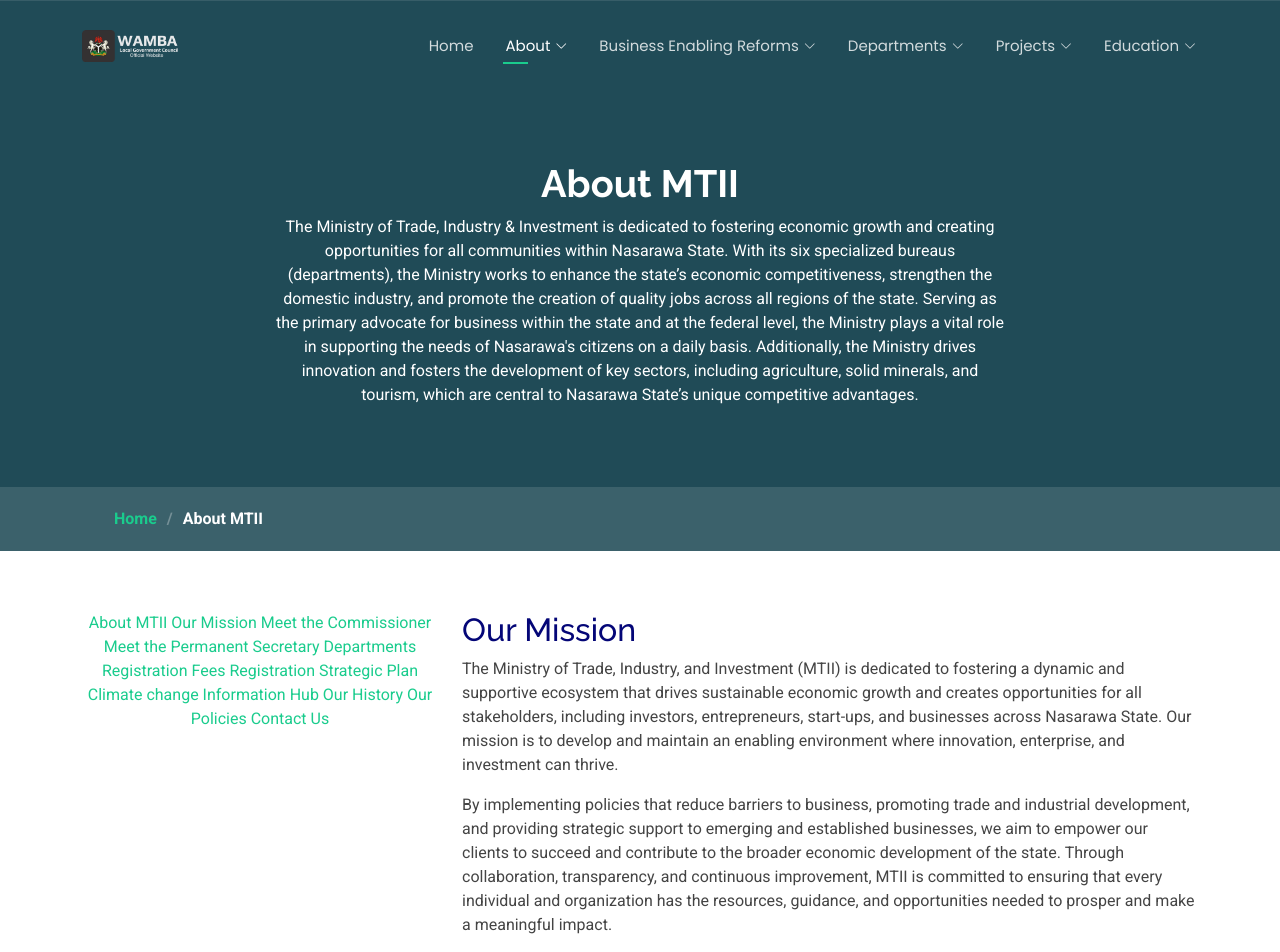
Repository: GlorifiedIntel/wamba-lgc
Page: about-wamba.html
These files come from the project's save history. The page is drawn as it stood at one moment and after the next save; the edit follows.
The browser window is 1280 px wide. The pictures show the part of the page from y = 0 to 952 px (the page is 3347 px tall before and 3323 px after).
A picture or video elsewhere on the page could not be fetched, so the positions and the page height are approximate.

Above is the page before, as saved 2025-02-06 01:33:25.
Console error: TypeError: Cannot read properties of null (reading 'click')

After the next save:
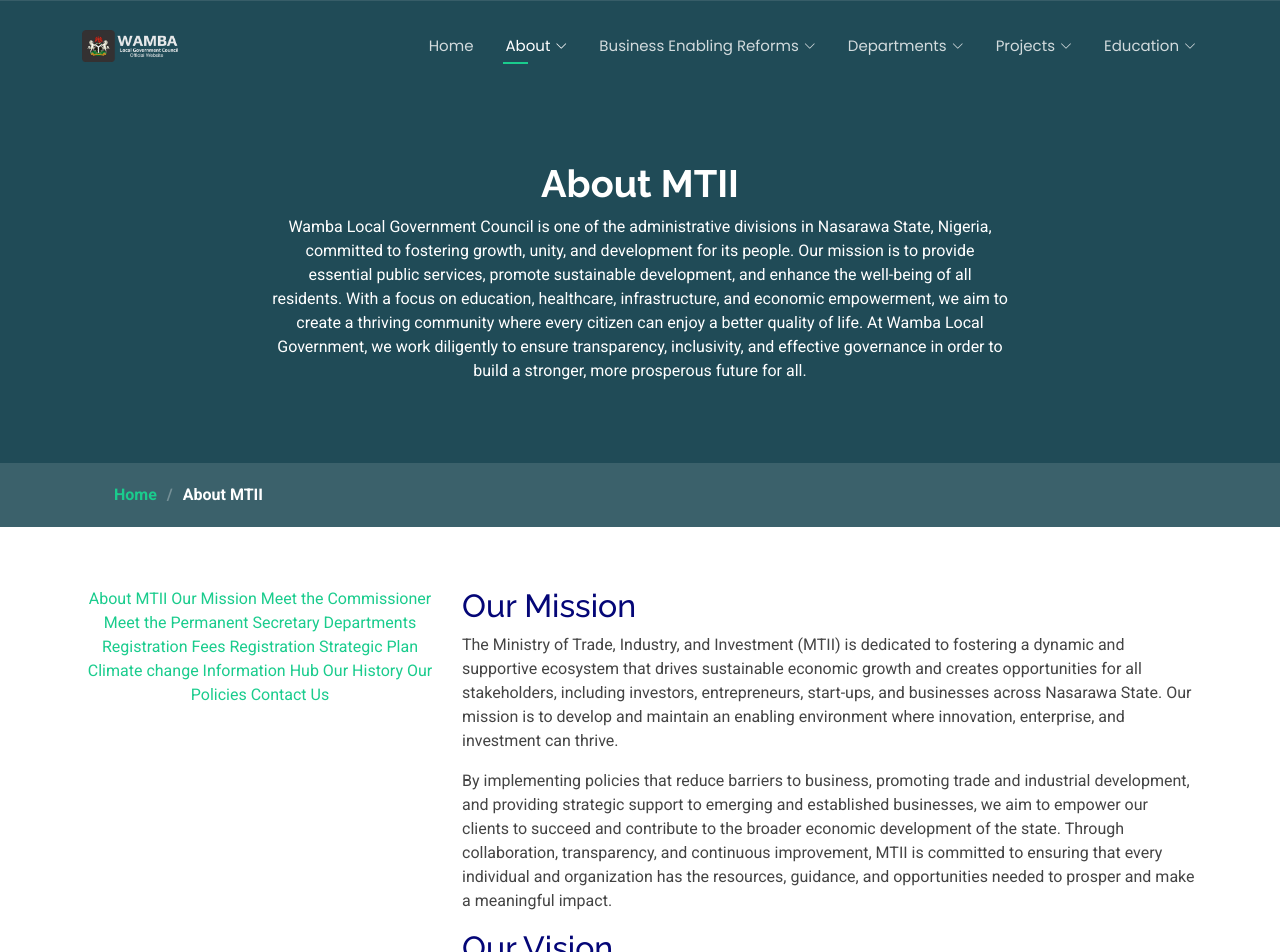
Saved 62 s later.
--- a/about-wamba.html
+++ b/about-wamba.html
@@ -108,7 +108,7 @@
           <div class="row d-flex justify-content-center text-center">
             <div class="col-lg-8">
               <h1>About MTII</h1>
-              <p class="mb-0">The Ministry of Trade, Industry & Investment is dedicated to fostering economic growth and creating opportunities for all communities within Nasarawa State. With its six specialized bureaus (departments), the Ministry works to enhance the state’s economic competitiveness, strengthen the domestic industry, and promote the creation of quality jobs across all regions of the state. Serving as the primary advocate for business within the state and at the federal level, the Ministry plays a vital role in supporting the needs of Nasarawa's citizens on a daily basis. Additionally, the Ministry drives innovation and fosters the development of key sectors, including agriculture, solid minerals, and tourism, which are central to Nasarawa State’s unique competitive advantages.</p>
+              <p class="mb-0">Wamba Local Government Council is one of the administrative divisions in Nasarawa State, Nigeria, committed to fostering growth, unity, and development for its people. Our mission is to provide essential public services, promote sustainable development, and enhance the well-being of all residents. With a focus on education, healthcare, infrastructure, and economic empowerment, we aim to create a thriving community where every citizen can enjoy a better quality of life. At Wamba Local Government, we work diligently to ensure transparency, inclusivity, and effective governance in order to build a stronger, more prosperous future for all.</p>
             </div>
           </div>
         </div>
